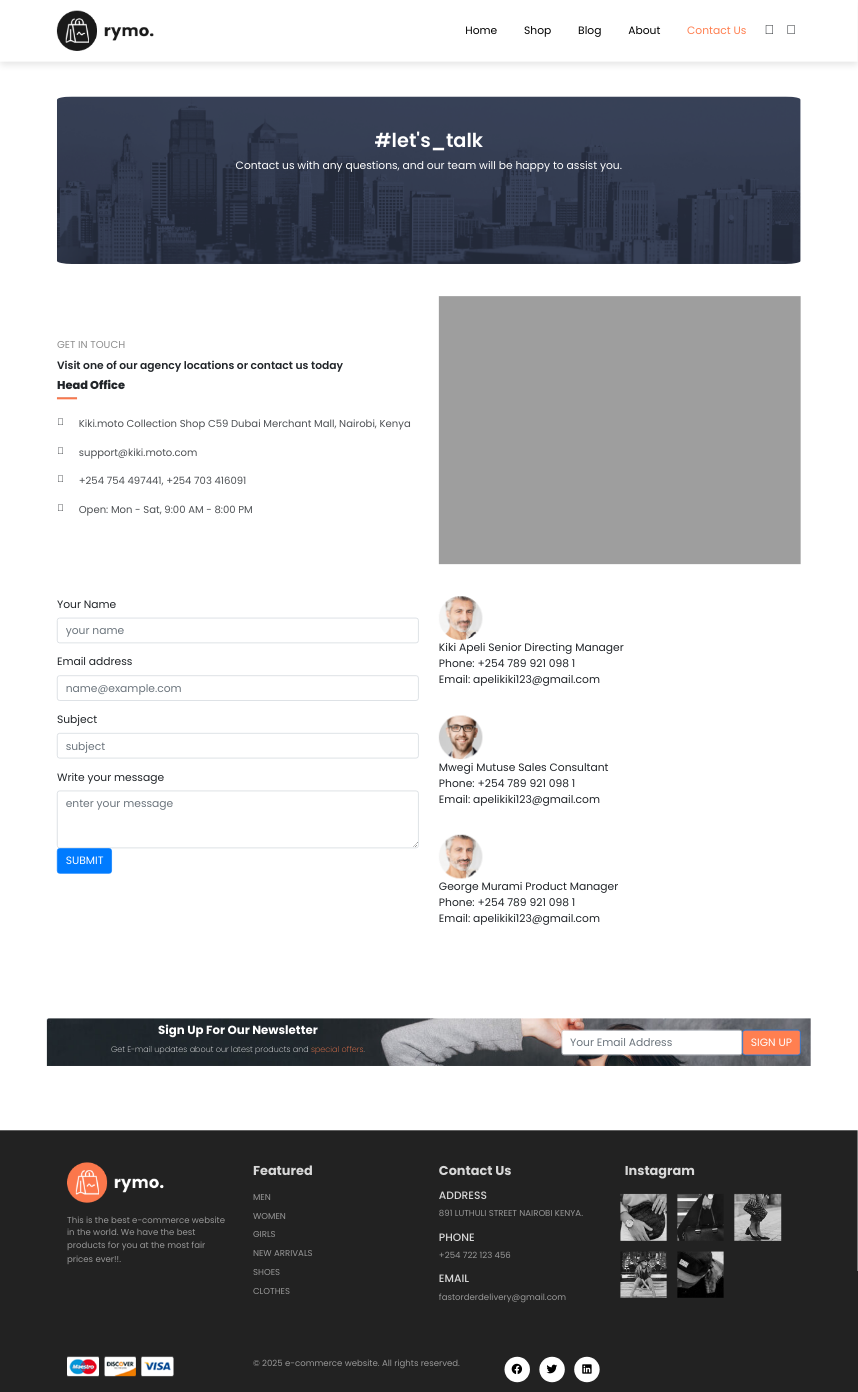
Repository: peter417waweru/e-commerce-UI
Page: contact.html
An editor plug-in stored every save of this project. The page is shown before and after the next save, followed by the edit.
The browser window is 1280 px wide. The pictures show the whole page, at 67% of full size.
Pictures or frames that could not be fetched are drawn as grey boxes. Some web libraries are served in a nearby version.

Above is the page before, as saved 2025-02-10 01:35:04.
Console error: TypeError: Cannot set properties of undefined (setting 'onclick')

After the next save:
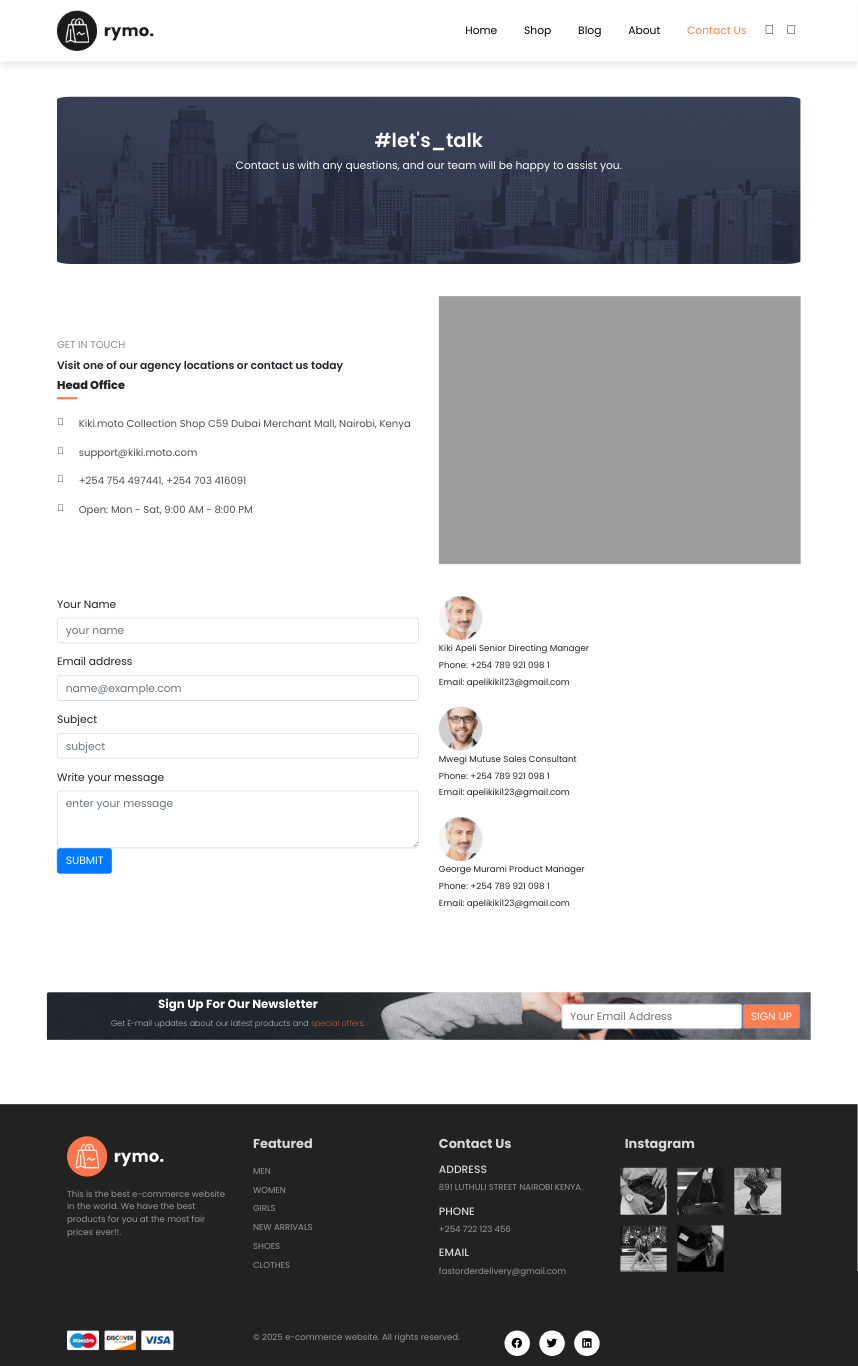
Saved 94 s later.
--- a/contact.css
+++ b/contact.css
@@ -57,3 +57,9 @@
     object-fit: cover;
     margin-right: 15px;
 }
+
+#contact-message .members p{
+    margin: 0;
+    font-size: 13px;
+    line-height: 25px;
+}
